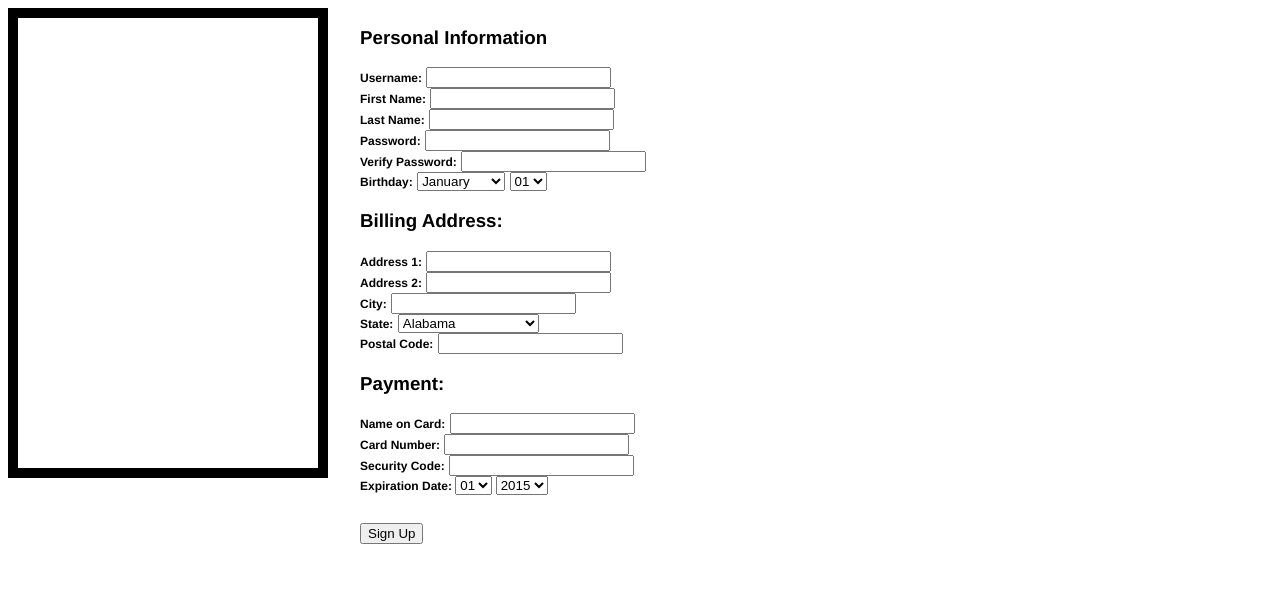
Repository: kesquili/kesquili.github.io
Page: fitin/signup.html
The author's editor kept a record of every edit. The page is drawn from the files as they stood at one moment, then again after the next edit.
The browser window is 1280 px wide. The pictures show the whole page.

Above is the page before.

### fitin/signup.html
<html>
  <head>
  <title>Fitin: A Men's Styling Brand</title>
  <link rel="stylesheet" href="styles.css">
  </head>
<body>
     <div class="sideimage">
     </div>
     <div class="signup">
         <form action="action_page.php">
            <h3>Personal Information</h3>
            <h6>Username:</h6>
            <input type="text" name="username">
            <br>
            <h6>First Name:</h6>
            <input type="text" name="firstname">
            <br>
            <h6>Last Name:</h6>
            <input type="text" name="lastname">
            <br>
            <h6>Password:</h6>
            <input type="text" name="password">
            <br>
            <h6>Verify Password:</h6>
            <input type="text" name="password">
            <br>
            <h6>Birthday:</h6>
            <select name="month" id="month" onchange="" size="1">
                <option value="01">January</option>
                <option value="02">February</option>
                <option value="03">March</option>
                <option value="04">April</option>
                <option value="05">May</option>
                <option value="06">June</option>
                <option value="07">July</option>
                <option value="08">August</option>
                <option value="09">September</option>
                <option value="10">October</option>
                <option value="11">November</option>
                <option value="12">December</option>
            </select>
            <select name="day" id="day" onchange="" size="1">
                <option value="01">01</option>
                <option value="02">02</option>
                <option value="03">03</option>
                <option value="04">04</option>
                <option value="05">05</option>
                <option value="06">06</option>
                <option value="07">07</option>
                <option value="08">08</option>
                <option value="09">09</option>
                <option value="10">10</option>
                <option value="11">11</option>
                <option value="12">12</option>
                <option value="13">13</option>
                <option value="14">14</option>
                <option value="15">15</option>
                <option value="16">16</option>
                <option value="17">17</option>
                <option value="18">18</option>
                <option value="19">19</option>
                <option value="20">20</option>
                <option value="21">21</option>
                <option value="22">22</option>
                <option value="23">23</option>
                <option value="24">24</option>
                <option value="25">25</option>
                <option value="26">26</option>
                <option value="27">27</option>
                <option value="28">28</option>
                <option value="29">29</option>
                <option value="30">30</option>
                <option value="31">31</option>
            </select>
            <br>
            <h3>Billing Address:</h3>
            <h6>Address 1:</h6>
            <input type="text" name="address1">
             <br>
            <h6>Address 2:</h6>
            <input type="text" name="address2">
             <br>
            <h6>City:</h6>
            <input type="text" name="city">
             <br>
            <h6>State:</h6>
            <select>
            	<option value="AL">Alabama</option>
            	<option value="AK">Alaska</option>
            	<option value="AZ">Arizona</option>
            	<option value="AR">Arkansas</option>
            	<option value="CA">California</option>
            	<option value="CO">Colorado</option>
            	<option value="CT">Connecticut</option>
            	<option value="DE">Delaware</option>
            	<option value="DC">District Of Columbia</option>
            	<option value="FL">Florida</option>
            	<option value="GA">Georgia</option>
            	<option value="HI">Hawaii</option>
            	<option value="ID">Idaho</option>
            	<option value="IL">Illinois</option>
            	<option value="IN">Indiana</option>
            	<option value="IA">Iowa</option>
            	<option value="KS">Kansas</option>
            	<option value="KY">Kentucky</option>
            	<option value="LA">Louisiana</option>
            	<option value="ME">Maine</option>
            	<option value="MD">Maryland</option>
            	<option value="MA">Massachusetts</option>
            	<option value="MI">Michigan</option>
            	<option value="MN">Minnesota</option>
            	<option value="MS">Mississippi</option>
            	<option value="MO">Missouri</option>
            	<option value="MT">Montana</option>
            	<option value="NE">Nebraska</option>
            	<option value="NV">Nevada</option>
            	<option value="NH">New Hampshire</option>
            	<option value="NJ">New Jersey</option>
            	<option value="NM">New Mexico</option>
            	<option value="NY">New York</option>
            	<option value="NC">North Carolina</option>
            	<option value="ND">North Dakota</option>
            	<option value="OH">Ohio</option>
            	<option value="OK">Oklahoma</option>
            	<option value="OR">Oregon</option>
            	<option value="PA">Pennsylvania</option>
            	<option value="RI">Rhode Island</option>
            	<option value="SC">South Carolina</option>
            	<option value="SD">South Dakota</option>
            	<option value="TN">Tennessee</option>
            	<option value="TX">Texas</option>
            	<option value="UT">Utah</option>
            	<option value="VT">Vermont</option>
            	<option value="VA">Virginia</option>
            	<option value="WA">Washington</option>
            	<option value="WV">West Virginia</option>
            	<option value="WI">Wisconsin</option>
            	<option value="WY">Wyoming</option>
            </select>
            <br>
            <h6>Postal Code:</h6>
            <input type="text" name="postalcode">
            <h3>Payment:</h3>
           <h6> Name on Card:</h6>
            <input type="text" name="cardname">
            <br>
            <h6>Card Number:</h6>
            <input type="text" name="cardnumber">
            <br>
           <h6> Security Code:</h6>
            <input type="text" name="cardnumber">
            <br>
            <h6>Expiration Date:
            <select name="month" id="month" onchange="" size="1">
                <option value="01">01</option>
                <option value="02">02</option>
                <option value="03">03</option>
                <option value="04">04</option>
                <option value="05">05</option>
                <option value="06">06</option>
                <option value="07">07</option>
                <option value="08">08</option>
                <option value="09">09</option>
                <option value="10">10</option>
                <option value="11">11</option>
                <option value="12">12</option>
            </select>
              <select name="year" id="year" onchange="" size="1">
                <option value="2015">2015</option>
                <option value="2016">2016</option>
                <option value="2017">2017</option>
                <option value="2018">2018</option>
                <option value="2019">2019</option>
                <option value="2020">2020</option>
                <option value="2021">2021</option>
                <option value="2022">2022</option>
                <option value="2023">2023</option>
                <option value="2024">2024</option>
            </select>
            <br>
            <br><br>
            <input type="submit" value="Sign Up">


            </form>
     </div>

### fitin/styles.css
body {
font: 14px;
font-family: Helvetica, sans-serif;
}

.results h4{
    border: 5px;
    border-color: black;
    border-style: solid;
    margin:30px;
    width: 200px;
    height: 300px;
    float: left;
}

.breakdown h4{
    border: 5px;
    border-color: black;
    border-style: solid;
    margin:30px;
    width: 100px;
    height: 200px;
    float: left;
    position: relative;
}

.sideimage {
    border: 10px solid black;
    width: 300px;
    height: 450px;
    float: left;
    margin-right: 12px;
}
.signup{
    margin-left: 20px;
    float: left;

}
.sell{
    max-width: 500px;
    display: inline;
    position: relative;
}
h6{
    font-size: 12px;
    font-family: Helvetica, sans-serif;
    padding: 0;
    display: inline;
    text-align: right;
}
nav{
    text-align: center;
    position: relative;
}
ul {
    list-style: none;
    padding: 0px;
    margin: 0px;
}

ul li {
    display: block;
    position: relative;
    float: left;
    border: 1px solid #000
}

li ul {
    display: none;
}

ul li a {
    display: block;
    background: #000;
    padding: 5px 10px 5px 10px;
    text-decoration: none;
    white-space: nowrap;color: #fff;
}

ul li a:hover {
    background: gray;
}

li:hover ul {
    display: block;
    position: absolute;
}

li:hover li {
    float: none;
}

li:hover a {
    background: gray;
}

li:hover li a:hover {
    background: #000;
}

nav li ul li {
      border-top: 0px;
  }

After the next edit:
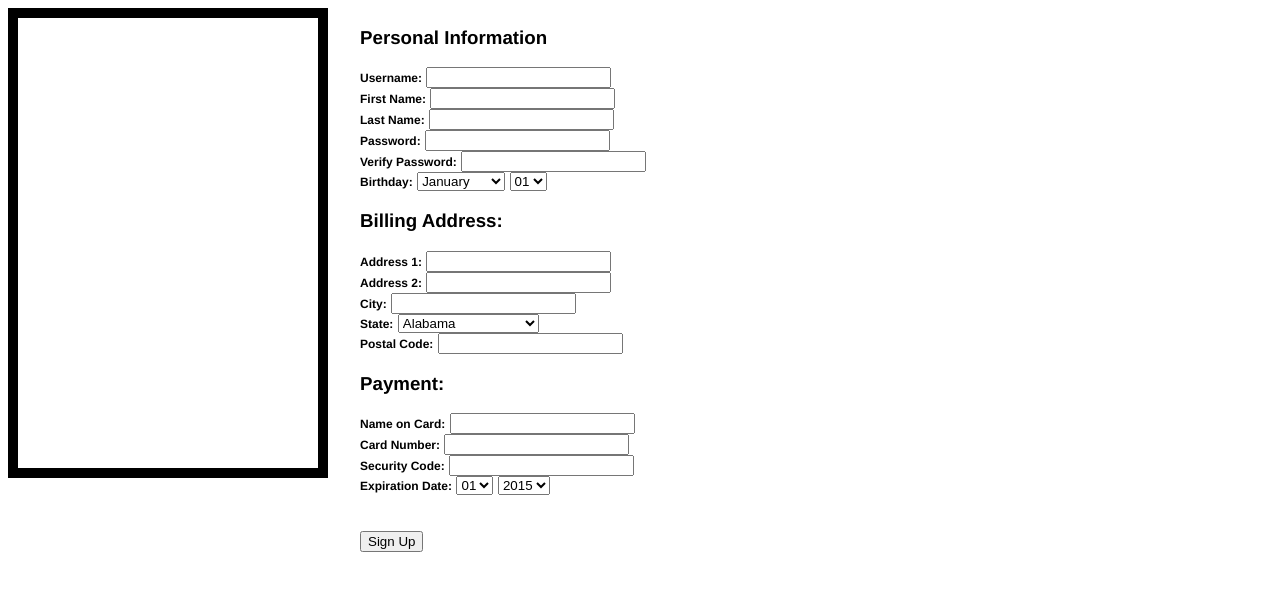
The edit:
--- a/fitin/signup.html
+++ b/fitin/signup.html
@@ -150,7 +150,7 @@
            <h6> Security Code:</h6>
             <input type="text" name="cardnumber">
             <br>
-            <h6>Expiration Date:
+            <h6>Expiration Date:</h6>
             <select name="month" id="month" onchange="" size="1">
                 <option value="01">01</option>
                 <option value="02">02</option>
